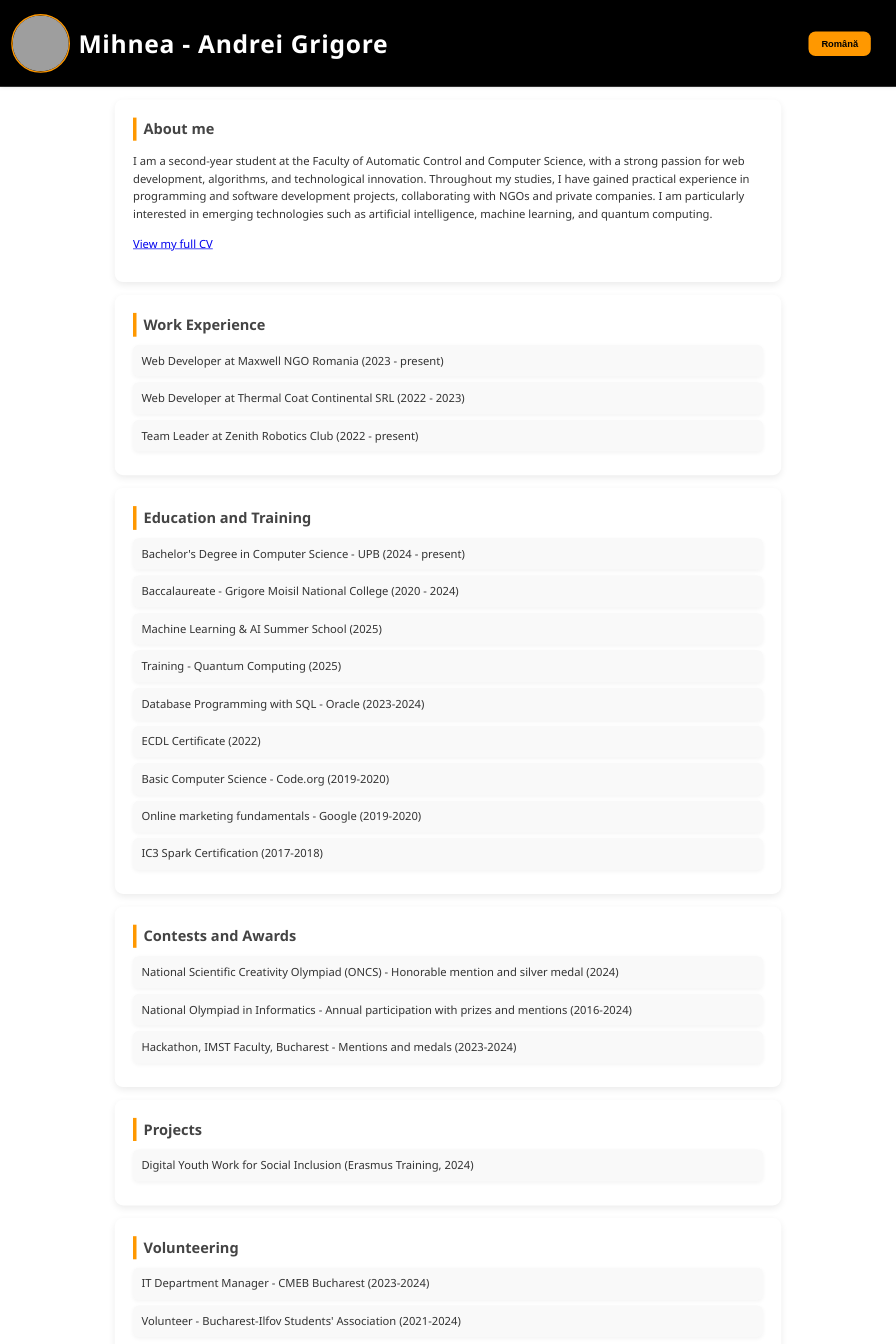
Repository: mihneagrigore/mihneagrigore.github.io
Page: about-me-old/index.html
These files come from the project's save history. The page is drawn as it stood at one moment and after the next save; the edit follows.
The browser window is 1280 px wide. The pictures show the part of the page from y = 0 to 1920 px (the page is 2659 px tall), at 70% of full size.
Pictures or frames that could not be fetched are drawn as grey boxes.

Above is the page before, as saved 2025-09-04 16:37:15.

After the next save:
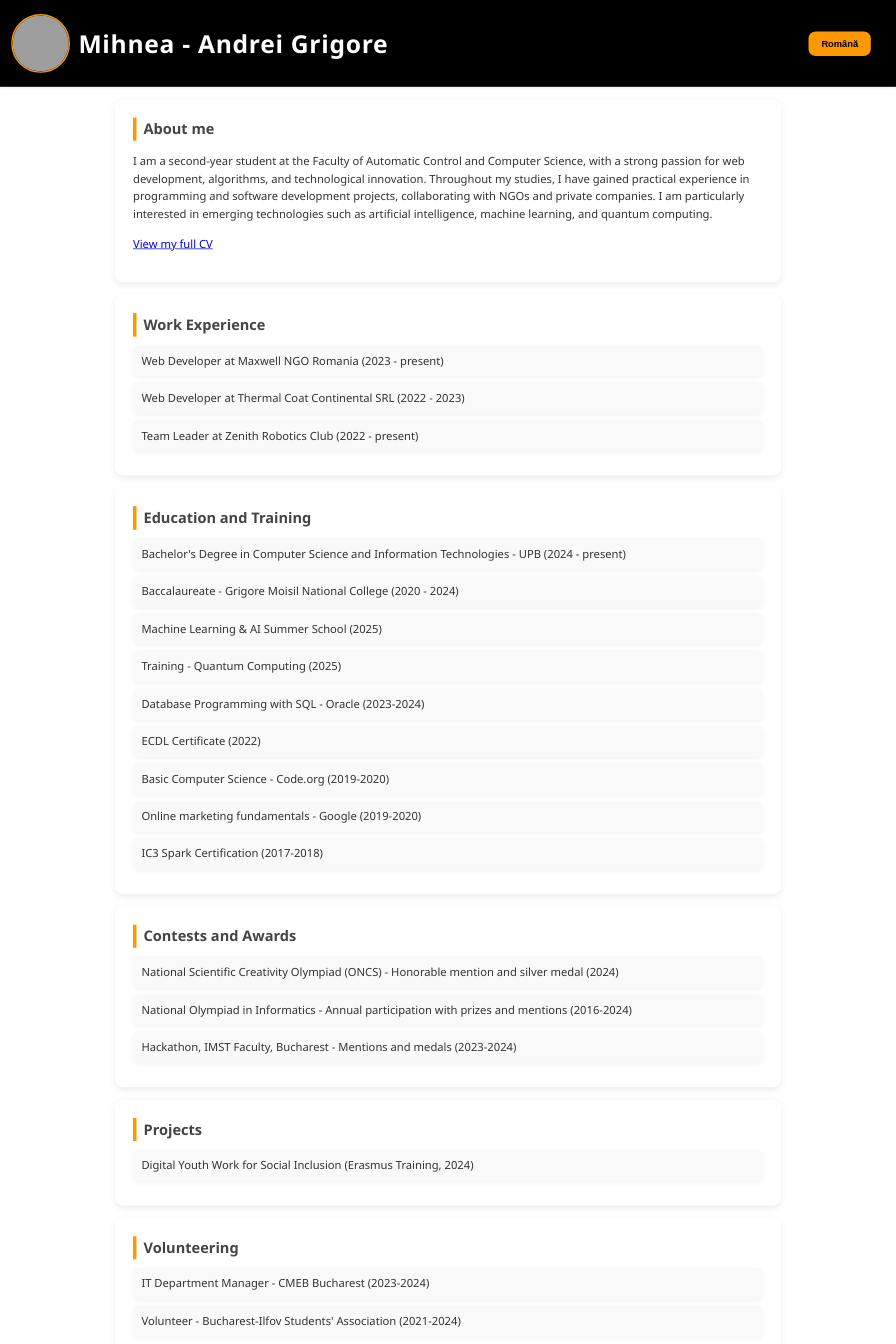
Saved 69 s later.
--- a/about-me-old/index.html
+++ b/about-me-old/index.html
@@ -188,8 +188,8 @@
   <section>
     <h2 data-ro="Educație și formare" data-en="Education and Training">Educație și formare</h2>
     <ul>
-      <li data-key="UPB" data-ro="Licență în Informatică - UPB (2024 - prezent)" data-en="Bachelor's Degree in Computer Science - UPB (2024 - present)">
-        Licență în Informatică - UPB (2024 - prezent)
+      <li data-key="UPB" data-ro="Licență în Calculatoare si Tehnologia Informației - UPB (2024 - prezent)" data-en="Bachelor's Degree in Computer Science and Information Technologies - UPB (2024 - present)">
+        Licență în Calculatoare si Tehnologia Informației - UPB (2024 - prezent)
       </li>
       <li data-key="Moisil" data-ro="Bacalaureat - Colegiul Național Grigore Moisil (2020 - 2024)" data-en="Baccalaureate - Grigore Moisil National College (2020 - 2024)">
         Bacalaureat - Colegiul Național Grigore Moisil (2020 - 2024)
